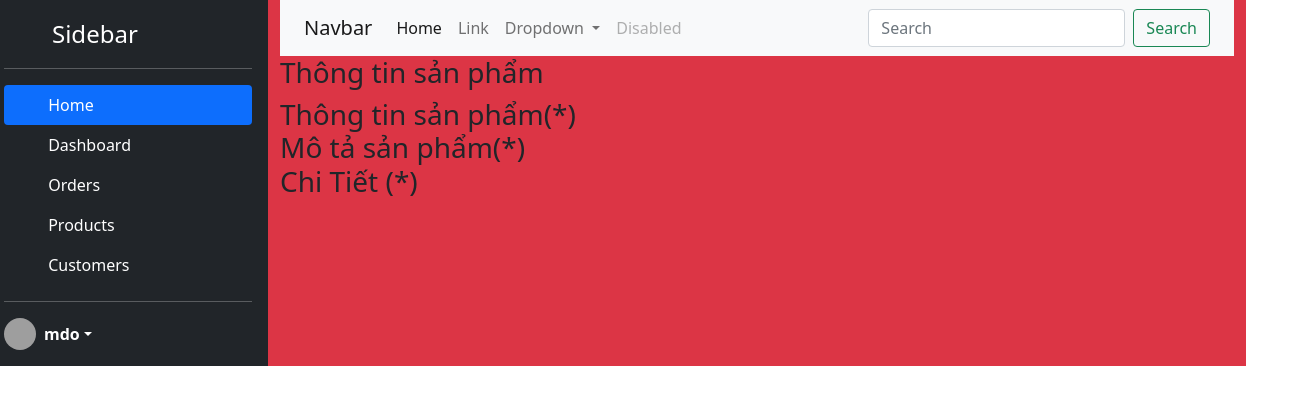
Repository: Lehuyhuynh/BT12-BOOTSTRAP
Page: index.html
These files come from the project's save history. The page is drawn as it stood at one moment and after the next save; the edit follows.
The browser window is 1280 px wide. The page is 1292 px wide, so the pictures cover 1292 px, including what lies to the right of the window. The pictures show the whole page.
Pictures or frames that could not be fetched are drawn as grey boxes.

Above is the page before, as saved 2023-08-19 22:15:08.

### index.html
<!DOCTYPE html>
<html lang="en">
<head>
  <link href="https://cdn.jsdelivr.net/npm/bootstrap@5.1.3/dist/css/bootstrap.min.css" rel="stylesheet" integrity="sha384-1BmE4kWBq78iYhFldvKuhfTAU6auU8tT94WrHftjDbrCEXSU1oBoqyl2QvZ6jIW3" crossorigin="anonymous">
  <meta charset="UTF-8">
  <meta name="viewport" content="width=device-width, initial-scale=1.0">
  <title>BT2</title>
</head>
<body>
  <div class="row">
    <div class=" col-3 d-flex flex-column flex-shrink-0 p-3 text-white bg-dark rounded-lg" style="width: 280px;">
      <a href="/" class="d-flex align-items-center mb-3 mb-md-0 me-md-auto text-white text-decoration-none">
        <svg class="bi me-2" width="40" height="32"><use xlink:href="#bootstrap"></use></svg>
        <span class="fs-4">Sidebar</span>
      </a>
      <hr>
      <ul class="nav nav-pills flex-column mb-auto">
        <li class="nav-item">
          <a href="#" class="nav-link active" aria-current="page">
            <svg class="bi me-2" width="16" height="16"><use xlink:href="#home"></use></svg>
            Home
          </a>
        </li>
        <li>
          <a href="#" class="nav-link text-white">
            <svg class="bi me-2" width="16" height="16"><use xlink:href="#speedometer2"></use></svg>
            Dashboard
          </a>
        </li>
        <li>
          <a href="#" class="nav-link text-white">
            <svg class="bi me-2" width="16" height="16"><use xlink:href="#table"></use></svg>
            Orders
          </a>
        </li>
        <li>
          <a href="#" class="nav-link text-white">
            <svg class="bi me-2" width="16" height="16"><use xlink:href="#grid"></use></svg>
            Products
          </a>
        </li>
        <li>
          <a href="#" class="nav-link text-white">
            <svg class="bi me-2" width="16" height="16"><use xlink:href="#people-circle"></use></svg>
            Customers
          </a>
        </li>
      </ul>
      <hr>
      <div class="dropdown">
        <a href="#" class="d-flex align-items-center text-white text-decoration-none dropdown-toggle" id="dropdownUser1" data-bs-toggle="dropdown" aria-expanded="false">
          <img src="https://github.com/mdo.png" alt="" width="32" height="32" class="rounded-circle me-2">
          <strong>mdo</strong>
        </a>
        <ul class="dropdown-menu dropdown-menu-dark text-small shadow" aria-labelledby="dropdownUser1" style="">
          <li><a class="dropdown-item" href="#">New project...</a></li>
          <li><a class="dropdown-item" href="#">Settings</a></li>
          <li><a class="dropdown-item" href="#">Profile</a></li>
          <li><hr class="dropdown-divider"></li>
          <li><a class="dropdown-item" href="#">Sign out</a></li>
        </ul>
      </div>
    </div>
    <div class="main-content bg-danger col-9" >
      <nav class="navbar navbar-expand-lg navbar-light bg-light">
        <div class="container-fluid">
          <a class="navbar-brand" href="#">Navbar</a>
          <button class="navbar-toggler" type="button" data-bs-toggle="collapse" data-bs-target="#navbarSupportedContent" aria-controls="navbarSupportedContent" aria-expanded="false" aria-label="Toggle navigation">
            <span class="navbar-toggler-icon"></span>
          </button>
          <div class="collapse navbar-collapse" id="navbarSupportedContent">
            <ul class="navbar-nav me-auto mb-2 mb-lg-0">
              <li class="nav-item">
                <a class="nav-link active" aria-current="page" href="#">Home</a>
              </li>
              <li class="nav-item">
                <a class="nav-link" href="#">Link</a>
              </li>
              <li class="nav-item dropdown">
                <a class="nav-link dropdown-toggle" href="#" id="navbarDropdown" role="button" data-bs-toggle="dropdown" aria-expanded="false">
                  Dropdown
                </a>
                <ul class="dropdown-menu" aria-labelledby="navbarDropdown">
                  <li><a class="dropdown-item" href="#">Action</a></li>
                  <li><a class="dropdown-item" href="#">Another action</a></li>
                  <li><hr class="dropdown-divider"></li>
                  <li><a class="dropdown-item" href="#">Something else here</a></li>
                </ul>
              </li>
              <li class="nav-item">
                <a class="nav-link disabled" href="#" tabindex="-1" aria-disabled="true">Disabled</a>
              </li>
            </ul>
            <form class="d-flex">
              <input class="form-control me-2" type="search" placeholder="Search" aria-label="Search">
              <button class="btn btn-outline-success" type="submit">Search</button>
            </form>
          </div>
        </div>
      </nav>
      <div class="row">

        <h3>Thông tin sản phẩm<h3>

          <div class="more col-8">

            <div class="product">

              <span>Thông tin sản phẩm(*)</span><br>

              <span>Mô tả sản phẩm(*)</span><br>

              <span>Chi Tiết (*) </span><br>

            </div>

            <div class="data">

            </div>

          </div>

          <div class="category col-4"></div>






      </div>
    </div>


  </div>

  <script src="https://cdn.jsdelivr.net/npm/bootstrap@5.1.3/dist/js/bootstrap.bundle.min.js" integrity="sha384-ka7Sk0Gln4gmtz2MlQnikT1wXgYsOg+OMhuP+IlRH9sENBO0LRn5q+8nbTov4+1p" crossorigin="anonymous"></script>
</body>
</html>

After the next save:
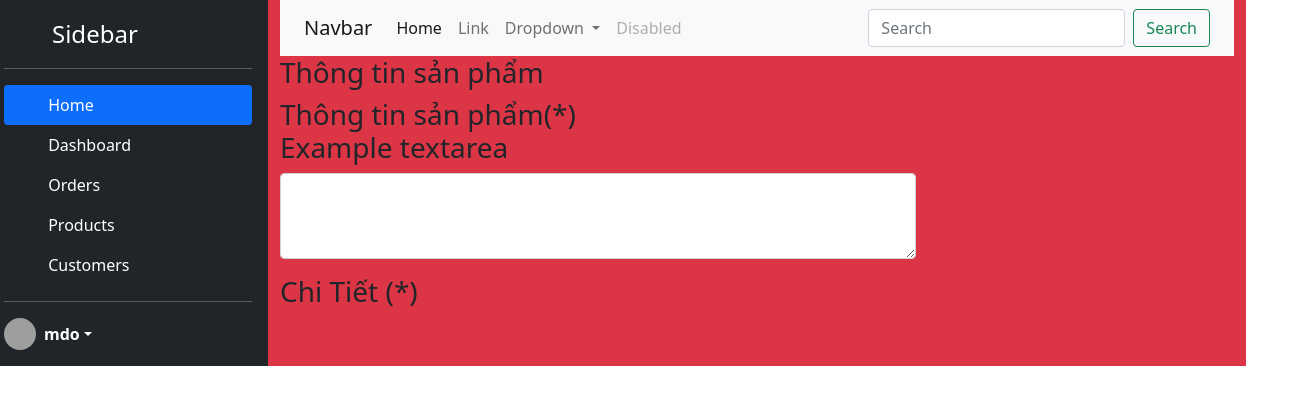
Saved 68 s later.
--- a/index.html
+++ b/index.html
@@ -108,7 +108,10 @@
 
               <span>Thông tin sản phẩm(*)</span><br>
 
-              <span>Mô tả sản phẩm(*)</span><br>
+              <div class="mb-3">
+                <label for="exampleFormControlTextarea1" class="form-label">Example textarea</label>
+                <textarea class="form-control" id="exampleFormControlTextarea1" rows="3"></textarea>
+              </div>
 
               <span>Chi Tiết (*) </span><br>
 
